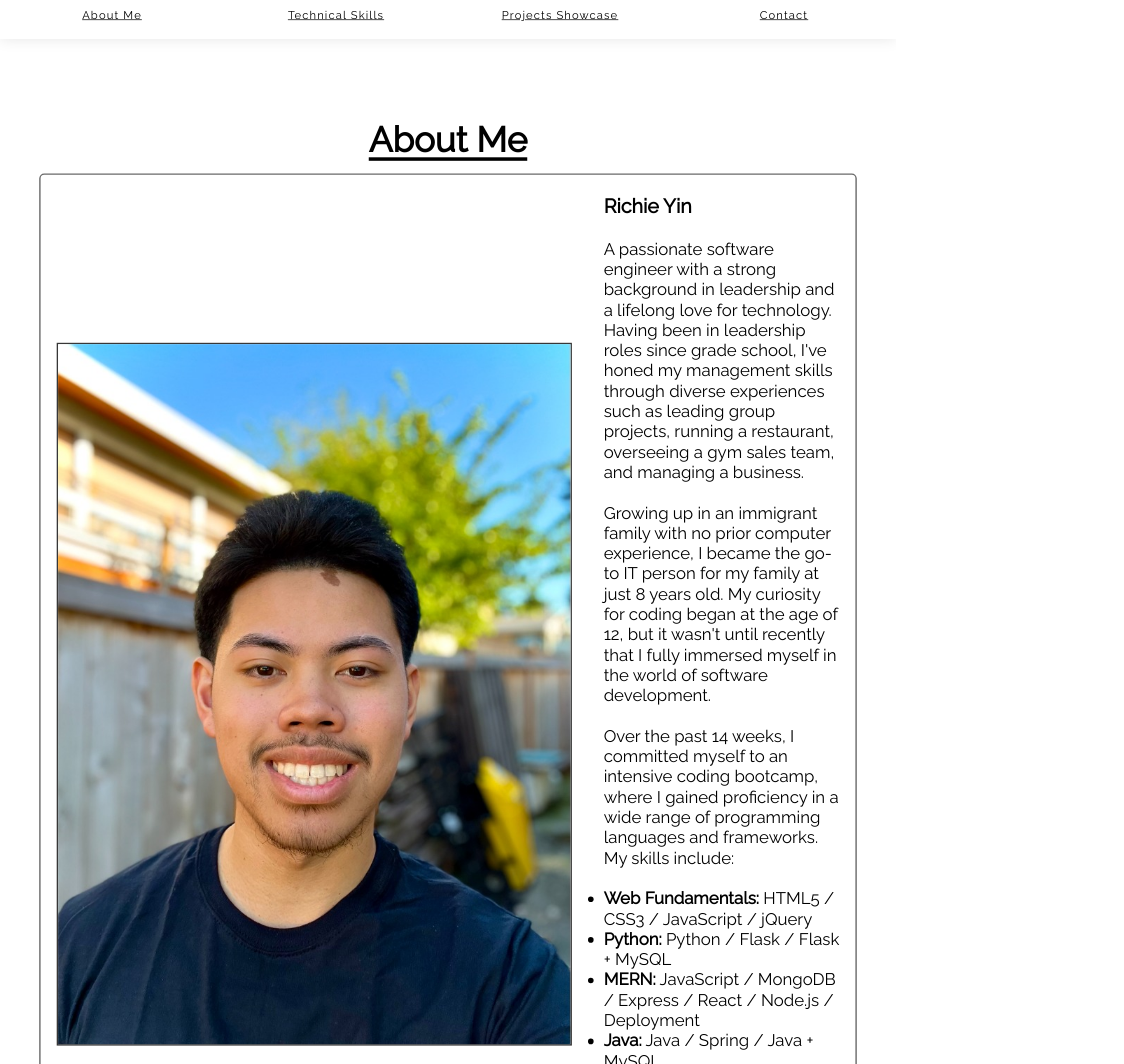
Repository: RICHIE-YIN/Personal-Portfolio
Page: index.html
These files come from the project's save history. The page is drawn as it stood at one moment and after the next save; the edit follows.
The browser window is 1280 px wide. The page is 1280 px wide, then 1605 px, so the pictures cover 1605 px, including what lies to the right of the window. The pictures show the part of the page from y = 664 to 2184 px (the page is 4161 px tall before and 3682 px after), at 70% of full size.
Some web fonts or font styles are not loaded; a fallback is used.

Above is the page before, as saved 2023-06-12 17:32:30.
Console error: ReferenceError: $ is not defined

After the next save:
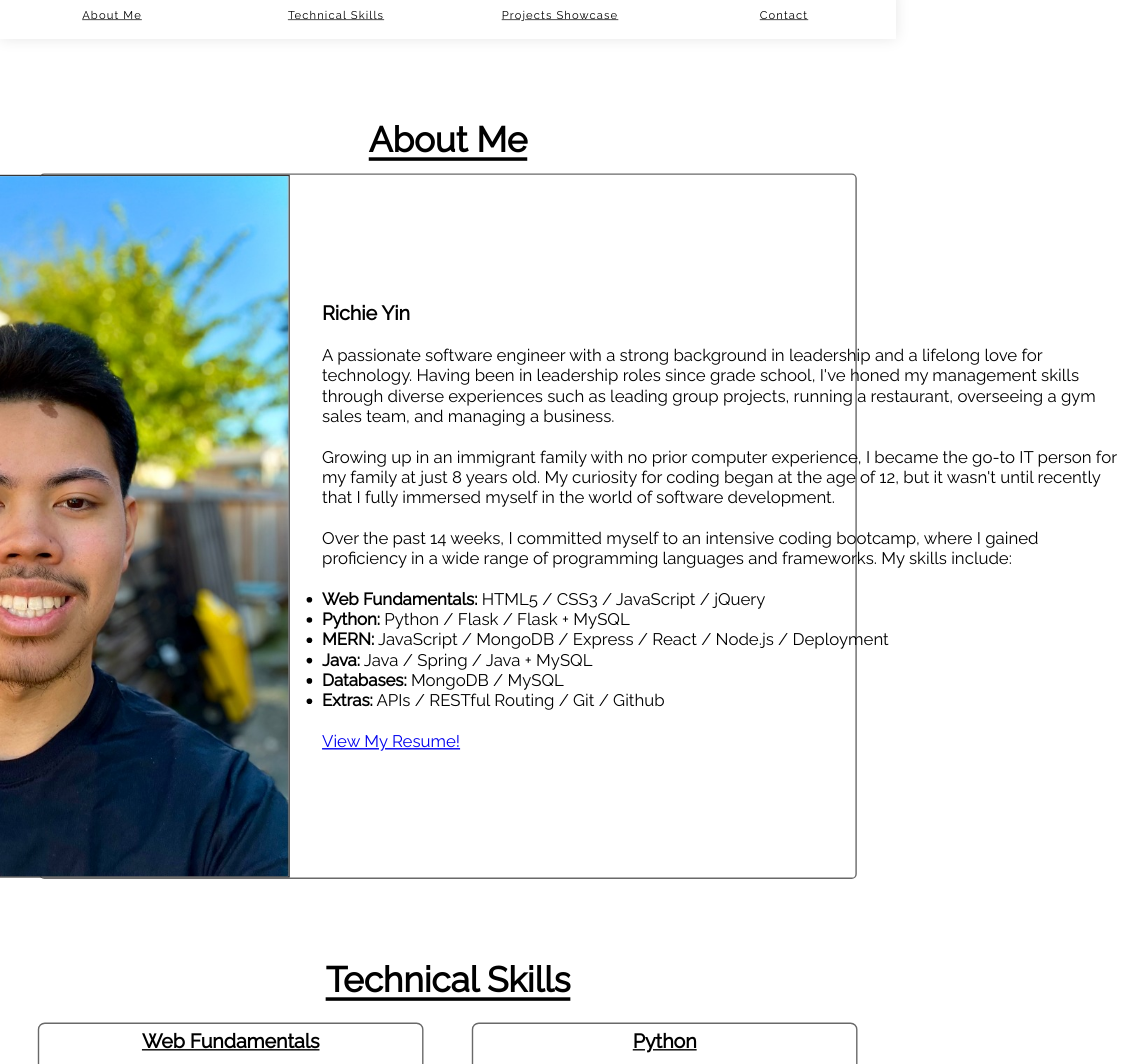
Saved 12 s later.
--- a/styles.css
+++ b/styles.css
@@ -143,7 +143,7 @@ display: none;
 
 
 .profile-text {
-    flex: 1;
+    flex: 1 0 100%
 }
 
 .card-container {
